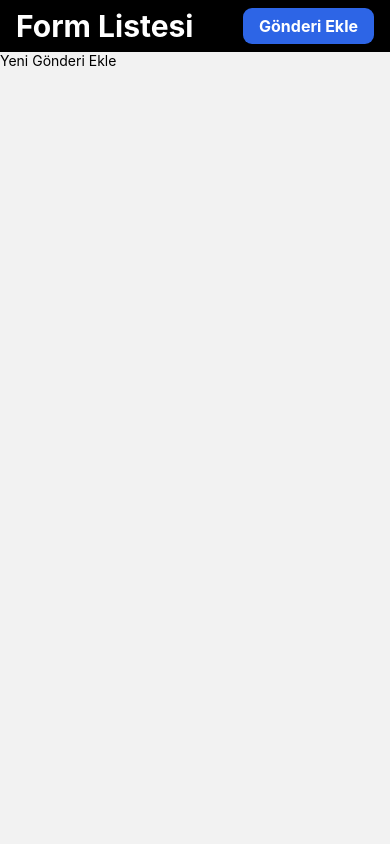
Repository: Kubraaygun/FirebaseRN
Screen: /
The author's editor kept a copy of each file at every save. The screen is drawn from the files as they stood at one save, then again after a run of saves.
The app was drawn by React Native's web renderer in a window 390 px wide. The project was rebuilt for these pictures with package versions that can differ from the ones it lists, and the page was loaded fresh each time. Also part of the build but not shown: src/screens/ListPost/ListPostView.jsx, src/screens/ListPost/ListPostController.jsx.

Above is the screen before, as saved 2025-01-20 20:41:37.

After the next 3 saves:
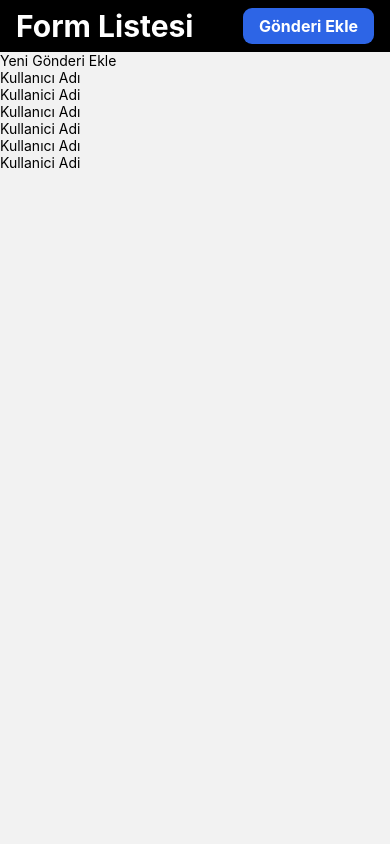
The 3 saves are shown as one change because 2 did not build or start.
The last was saved 72 s later.
--- a/src/screens/AddPost/AddPostView.jsx
+++ b/src/screens/AddPost/AddPostView.jsx
@@ -1,11 +1,24 @@
-import {StyleSheet, Text, View} from 'react-native';
+import {StyleSheet, Text, TextInput, View} from 'react-native';
 import React from 'react';
 
 const AddPostView = () => {
   return (
     <View style={styles.form}>
       <Text style={styles.formTitle}>Yeni Gönderi Ekle</Text>
-      <View style={styles.inputGroup}></View>
+      <View style={styles.inputGroup}>
+        <Text>Kullanıcı Adı</Text>
+        <TextInput placeholder="Kullanici Adi" />
+      </View>
+
+      <View style={styles.inputGroup}>
+        <Text>Kullanıcı Adı</Text>
+        <TextInput placeholder="Kullanici Adi" />
+      </View>
+
+      <View style={styles.inputGroup}>
+        <Text>Kullanıcı Adı</Text>
+        <TextInput placeholder="Kullanici Adi" />
+      </View>
     </View>
   );
 };
